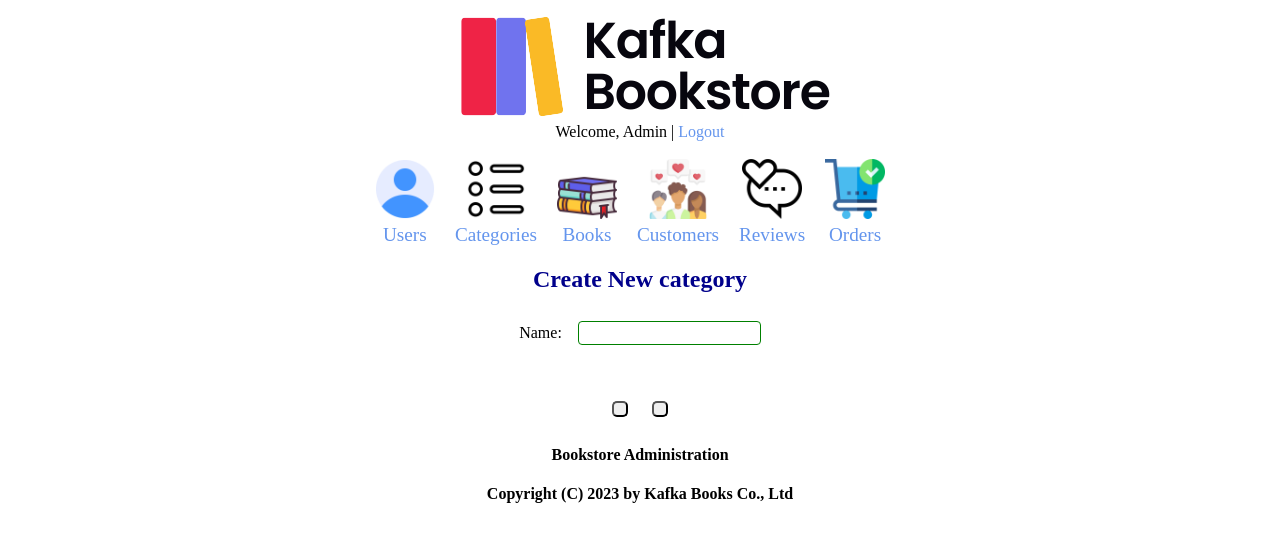
Repository: janvi2502/BookStore
Page: http://localhost/BookStoreWebsite/admin/category_form.jsp
An editor plug-in stored every save of this project. The page is shown before and after the next save, followed by the edit.
The browser window is 1280 px wide. The pictures show the whole page.
The page is served by Tomcat 10. Nobody is signed in. The application's start-up code is not run. Other server files are loaded and not shown. The template is opened directly, without the code that normally fills it, so the values that code supplies are empty.

Above is the page before, as saved 2023-12-28 14:19:17.

### BookStoreWebsite/WebContent/admin/category_form.jsp
<%@ page language="java" contentType="text/html; charset=UTF-8"
	pageEncoding="UTF-8"%>
<%@ taglib prefix="c" uri="http://java.sun.com/jsp/jstl/core"%>
<!DOCTYPE html>
<html>
<head>
<meta charset="UTF-8">
<title>
	<c:if test = "${category != null}">
		Edit Category
	</c:if>

	<c:if test = "${category == null}">
		Create New Category
	</c:if>
</title>
<link rel="stylesheet" href="../css/style.css">
</head>
<body>
	<jsp:directive.include file="header.jsp" />

	<div align="center">
		<h2 class="pageheading">
			<c:if test="${category != null}">
				Edit category
			</c:if>
			<c:if test="${category == null}">
				Create New category
			</c:if>
		</h2>
	</div>

	<div align="center">
		<c:if test="${category != null}">
			<form action="update_category" method="post"
				onsubmit="return validateFormInput()">
			<input type="hidden" name="categoryId" value="${category.categoryId}">
		</c:if>
		<c:if test="${category == null}">
			<form action="create_category" method="post"
				onsubmit="return validateFormInput()">
		</c:if>
		<table class="form">
			<tr>
				<td align="right">Name:</td>
				<td align="left"><input type="text" name="name"
					id="name" size="20" value="${category.name}" /></td>
			</tr>
			<tr>
				<td>&nbsp;</td>
			</tr>
			<tr>
				<td colspan="2" align="center">
				<button value="Save" ></button>&nbsp; &nbsp; &nbsp;
				<button onclick="javascript:history.go(-1)" /></button></td>
			</tr>
		</table>
		</form>
	</div>

	<jsp:directive.include file="footer.jsp" />
</body>
<script type="text/javascript">
	function validateFormInput() {
		var fieldName = document.getElementById("name");

		if (fieldName.value.length == 0) {
			alert("Category name is required!");
			fieldName.focus();
			return false;
		}

		return true;
	}
</script>
</html>

### BookStoreWebsite/WebContent/admin/header.jsp
<div align="center">
	<div>
		<img src="../images/Kafka2.png" />
	</div>

	<div>
		Welcome, Admin | <a href="logout">Logout</a> <br /> <br />
	</div>
	<div id="header_menu">
		<div>
			<a href="list_users">
				<img id = "menu_img" src="../images/user.png" /><br/> Users
			</a>
		</div>
		<div>
			<a href="list_category">
				<img id = "menu_img" src="../images/list.png" /> <br/> Categories
			</a>
		</div>
		<div>
			<a href="books">
				<img id = "menu_img" src="../images/book.png"/> <br/>Books
			</a>
		</div>
		<div>
			<a href="customer">
				<img id = "menu_img" src="../images/rating.png" /> <br/> Customers
			</a>
		</div>
		<div>
			<a href="reviews">
				<img id = "menu_img" src="../images/review.png" /> <br/>Reviews
			</a>
		</div>
		<div>
			<a href="orders">
				<img id = "menu_img" src="../images/order.png" /> <br/>Orders
			</a>
		</div>

	</div>
</div>

### BookStoreWebsite/WebContent/admin/footer.jsp
<div align="center">
	<h4>Bookstore Administration</h4>
	<h4>Copyright (C) 2023 by Kafka Books Co., Ltd</h4>
</div>

### BookStoreWebsite/WebContent/css/style.css
@charset "UTF-8";

#header_menu {
	display:table;
}

#header_menu div{
	display:table-cell;
	padding-right: 20px;
}

#menu_img{
	width: 60px;
}

a:link{
	color: cornflowerBlue;
	text-decoration: none;
}

a:visited{
	color: indigo;
}

a:hover{
	color: blue;
	text-decoration: underline;
}

a:active{
	color: red;
}

#header_menu a:link{
	font-size: larger;
}

.pageheading{
	color: darkblue;
}

table{
	border: 1px solid black;
	border-collapse: collapse;
}

th, td{
	padding: 8px;
}

th{
	background: darkblue;
	color: cornsilk;
	font-size: larger;
}

table.form{
	border: 0;
	padding: 4px;
}

button{
	padding: 6px;
	border-radius: 5px;
}

button[type=submit]{
	font-weight: bold;
}

input{
	border: 1px solid;
	border-radius: 4px;
	border-color: green;
	height: 20px;
}

After the next save:
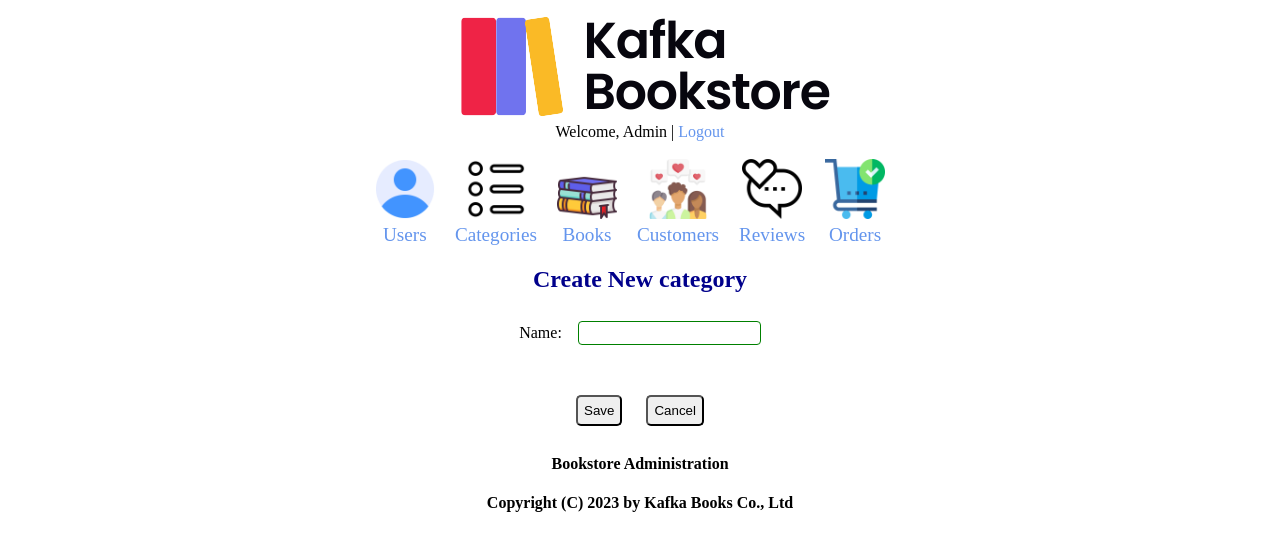
Saved 19 s later.
--- a/BookStoreWebsite/WebContent/admin/category_form.jsp
+++ b/BookStoreWebsite/WebContent/admin/category_form.jsp
@@ -51,8 +51,8 @@
 			</tr>
 			<tr>
 				<td colspan="2" align="center">
-				<button value="Save" ></button>&nbsp; &nbsp; &nbsp;
-				<button onclick="javascript:history.go(-1)" /></button></td>
+				<button>Save</button>&nbsp; &nbsp; &nbsp;
+				<button onclick="javascript:history.go(-1)" />Cancel</button></td>
 			</tr>
 		</table>
 		</form>
